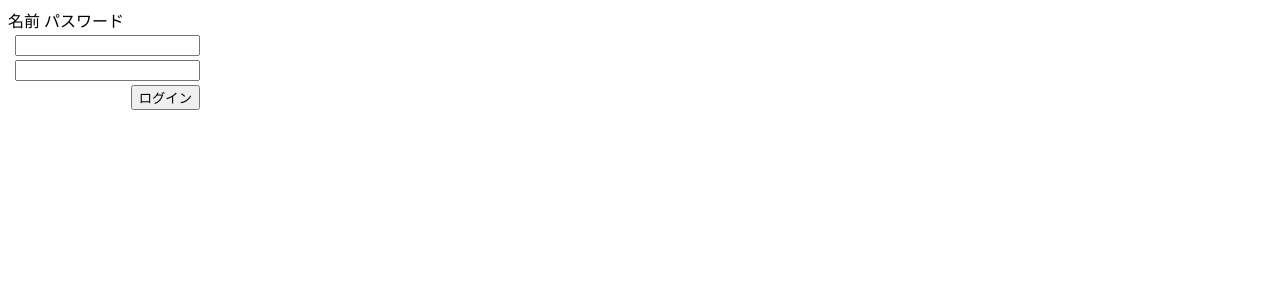
Repository: fujita0830/learning
Page: http://localhost/login/
These files come from the project's save history. The page is drawn as it stood at one moment and after the next save; the edit follows.
The browser window is 1280 px wide. The pictures show the whole page.
The page is served by Tomcat 9. Other server files are loaded and not shown.

Above is the page before, as saved 2018-12-20 06:27:59.

### login/WebContent/login.jsp
<%@ page language="java" contentType="text/html; charset=UTF-8"
    pageEncoding="UTF-8"%>
<%@ taglib prefix="s" uri="/struts-tags" %>
<!DOCTYPE html PUBLIC "-//W3C//DTD HTML 4.01 Transitional//EN" "http://www.w3.org/TR/html4/loose.dtd">
<html>
<head>
<meta http-equiv="Content-Type" content="text/html; charset=UTF-8">
<title>ログイン画面</title>
</head>
<body>
    <s:form action="LoginAction">
      名前
      <s:textfield name="name"/>

      <s:password name="password"/>
      パスワード
      <s:submit value="ログイン"/>
    </s:form>
</body>
</html>

After the next save:
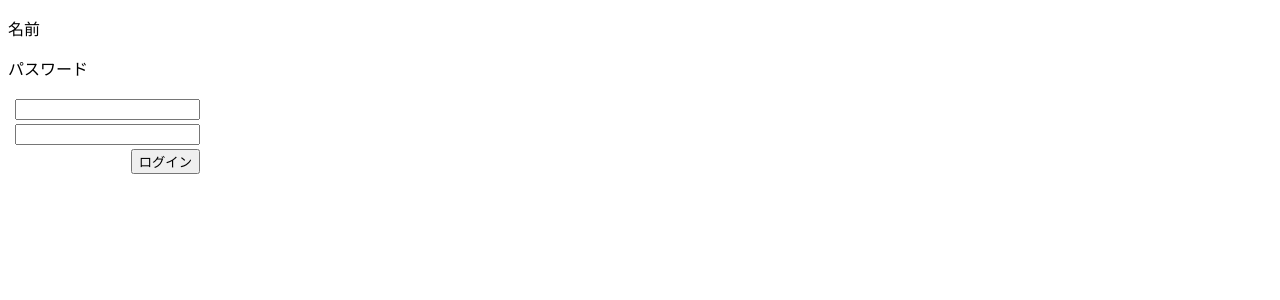
Saved 10 min 32 s later.
--- a/login/WebContent/login.jsp
+++ b/login/WebContent/login.jsp
@@ -9,11 +9,11 @@
 </head>
 <body>
     <s:form action="LoginAction">
-      名前
+      <p>名前</p>
       <s:textfield name="name"/>
 
       <s:password name="password"/>
-      パスワード
+      <p>パスワード</p>
       <s:submit value="ログイン"/>
     </s:form>
 </body>
